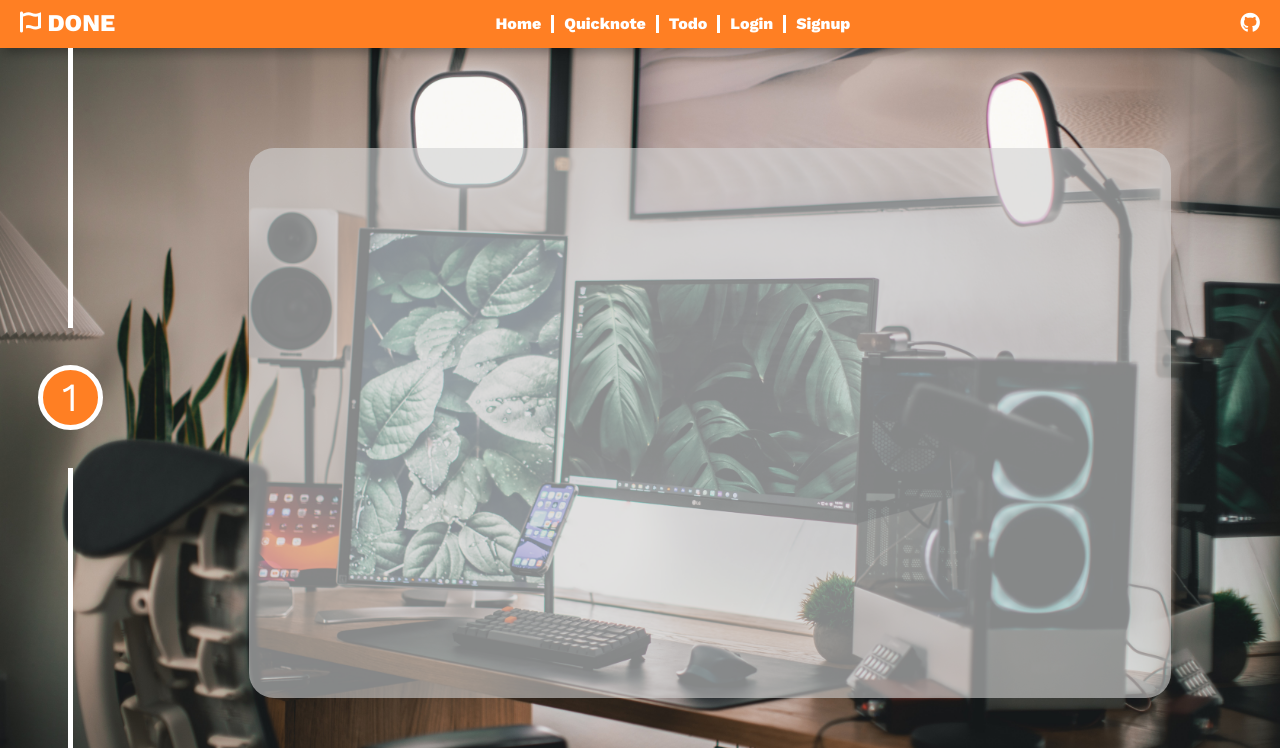
Repository: OmarEssameldinMousa/DONE
Page: quicknote.html
These files come from the project's save history. The page is drawn as it stood at one moment and after the next save; the edit follows.
The browser window is 1280 px wide. The pictures show the whole page.
The pointer rests on the first visible `.ch_`.
Some web fonts or font styles are not loaded; a fallback is used.

Above is the page before, as saved 2023-12-17 23:54:26.

### quicknote.html
<!DOCTYPE html>
<html lang="en">

<head>
    <meta charset="UTF-8">
    <meta http-equiv="X-UA-Compatible" content="IE=edge">
    <meta name="viewport" content="width=device-width, initial-scale=1.0">
    <title>My Challenges</title>
    <!-- Render All Elements Normally -->
    <link rel="stylesheet" href="css/normalize.css">
    <!-- Font Awesome Library -->
    <link rel="stylesheet" href="css/all.min.css">
    <!-- Main Template CSS File -->
    <link rel="stylesheet" href="CSS/styles.css">
    <link rel="stylesheet" href="css/challenges.css">
    <!-- Google Fonts -->
    <link rel="preconnect" href="https://fonts.googleapis.com">
    <link rel="preconnect" href="https://fonts.gstatic.com" crossorigin>
    <link
        href="https://fonts.googleapis.com/css2?family=Kablammo&family=VT323&family=Work+Sans:wght@200;300;400;500;600;800&display=swap"
        rel="stylesheet">
    <link rel="preconnect" href="https://fonts.googleapis.com" />
    <link rel="preconnect" href="https://fonts.gstatic.com" crossorigin />
    <link href="https://fonts.googleapis.com/css2?family=Cairo:wght@300;400;700&display=swap" rel="stylesheet" />
</head>

<body>
    <header>
        <nav>
            <!-- Logo with Font Awesome Icon -->
            <div class="logo">
                <i class="fab fa-font-awesome-flag"></i> DONE
            </div>

            <!-- Left-side Navigation Links -->
            <ul>
                <li><a href="index.html">Home</a></li>
                <li><a href="quicknote.html">Quicknote</a></li>
                <li><a href="mytasks.html">Todo</a></li>
                <li><a href="#">Login</a></li>
                <li><a href="#">Signup</a></li>
            </ul>

            <!-- Right-side GitHub Icon -->
            <div class="github-icon">
                <a rel="" href="https://github.com/yourusername" target="_blank">
                    <i class="fab fa-github" style="color: white;"></i>
                </a>
            </div>
        </nav>
    </header>
    <div class="Challenges-website">

        <div class="bar">
            <div class="repated-line-circle">
                <div class="line-circle">
                    <div class="upper-line">
                    </div>
                    <a href="https://elzero.org/frontend-card-with-transparent-img/" target="_self">
                        <div class="circle">
                            <p>1</p>
                        </div>
                    </a>
                    <div class="lower-line"></div>
                </div>
            </div>
        </div>

        <div class="challenges">
            <div class="ch_">
                <div class="container1">
                </div>
            </div>
        </div>

    </div>
</body>

</html>

### CSS/styles.css
/* Start Variables */
:root{
    --main-color: rgba(235, 235, 235, 0.6);
    --secondery-color: #ff7f23;
    --third-color:#333;
}
/* End Variables */
/* Special Heading */
.special-heading{
    color: #ebeced;
    font-size: 100px;
    text-align: center;
    font-weight: 800;
    letter-spacing: -3px;
    margin: 0;

}
.special-heading + p{
    margin-top: -30px;
    text-align: center;
    font-size: 20px;
    color: #797979;
}
/* End Special Heading */
/* Start Global Rules */
*{
    -webkit-box-sizing: border-box;
    -moz-box-sizing: border-box;
    box-sizing: border-box;
}

body{

    font-family: 'Kablammo', cursive;
    font-family: 'Work Sans', sans-serif;
    background-color: #797979;

}

.container{
    padding-left: 15px;
    padding-right: 15px;
    margin-left: auto;
    margin-right: auto;
    background-color: #fff;
    margin: auto;
    width: 600px;
}

/*very small screens*/
@media (max-width: 767px){
    .container{
        .special-heading{
            font-size: 60px;
        }
        .special-heading + p{
            margin-top: -20px;
        }
        width: 390px;
        .landing{
            flex-direction: column;
            text-align: center;
            nav ul{
                display: none;
            }
        }

    }


}
/*small screens*/
@media (min-width: 768px){
    .container{
        width: 750px;
    }
}
/*Medium screens*/
@media (min-width: 992px){
    .container{
        width: 970px;
    }
}
/*Large screens*/
@media (min-width: 1200px){
    .container{
        width: 1170px;
    }
}
/* End Global Rules */


html{
    scroll-behavior: smooth;
}
/* navigation bar */

nav {
    background-color:  var(--secondery-color);
    color: white;
    display: flex;
    align-items: center;
    justify-content: space-between;
    padding: 10px 20px;
    box-shadow: 5px 5px 10px rgba(0, 0, 0, 0.3);
}
nav ul {
    list-style: none;
    margin: 0;
    padding: 0;
    display: flex;
}
nav ul li {
    margin-right: 10px;
    font-weight: bold;
}
nav ul li:not(:last-child) {
    border-right: solid 3px white;
    padding-right: 10px;
}
nav ul li a {
    text-decoration: none;
    color: white;
}
nav ul li a:hover {
    color: var(--main-color); /* Change color on hover */
}
.logo {
    font-size: 24px;
    font-weight: bold;
}
.github-icon {
    font-size: 20px;
    color: white;
}

.heading{
    display: flex;
    align-items: center;
    justify-content: center;
    margin-top: 50px;
    height: auto;
}

.landing{
    width: 100%;

    background-color: none;
    display: flex;
    flex-direction: row;

}

.landing h1{
    color: var(--secondery-color);
    font-size: 50px;
    font-weight: 900;
    padding: 30px;
}
.landing p{
    font-size: 20px;
}
.landing .logoimage img{
    width: 400px;
    position: relative;
    animation: topdown 2s ease-in-out infinite;
}

.landing .landingtext .buttons{
    margin: 30px;
    top: 150px;
}
@keyframes topdown {
    0%, 100% {
        top: 0; /* Starting and ending position (top) */
    }
    50% {
        top: 5px; /* Middle position (top) */
    }
}


.explore{
    height: auto;
    text-align: center;
    display: block;
    padding: 10px;
    transition: 0.3s;
    width: min-content;
    margin: 30px auto ;
}
.explore a,
.explore h1{
    color: var(--secondery-color);
    font-weight: 900;
    transform: 0.3s;
    text-decoration: none;
}

.landing .logoimage{
    position: relative;
}
.explore a:hover,
.explore:hover{
    background-color:var(--secondery-color);
    border-radius: 20px;
    color: #ebeced;
    cursor: pointer;
}



/* to do demo */
.tododemo{
    height: 100vh;
    background-color: var(--secondery-color);
    box-shadow: rgba(0, 0, 0, 0.3) 0px -4px 20px 9px;

}

### CSS/challenges.css
* {
    -webkit-box-sizing: border-box;
    -moz-box-sizing: border-box;
    box-sizing: border-box;
    padding: 0;
    margin: 0;
}
a {
    text-decoration: none;
    color: black;
}
ul {
    list-style: none;
    margin: 0;
    padding: 0;
}
html {
    scroll-behavior: smooth;
}
body {
    /* background-image: linear-gradient(90deg, #ff7f23  , rgba(235, 235, 235, 0.6)  ); */
    background-image: url(../images/backgroundimage.jpg);
    background-size: cover;
    background-repeat: no-repeat;
}
@media (max-width: 767px){
    body{
        background-image: url(../images/ben-kolde-bs2Ba7t69mM-unsplash.jpg)
    }
    .bar{
        display: none;
    }
    /* .challenges .container1{
        width: 400px;
    }*/
    .ch_:hover .container1{
        width: calc(50%);
        height: 550px;
        background-color: rgba(211, 211, 211, 0.6);
    }

}
/*small screens*/
@media (min-width: 768px){
    /* .container1{
        width: 600px;
    } */
}
/*Medium screens*/
@media (min-width: 992px){
    /* .container1{
        width: 800px;
    } */
}
/*Large screens*/
@media (min-width: 1200px){
    /* .container1{
        width: 1000px;
    } */
}
.Challenges-website{
    display: flex;
}
/*start bar*/
.Challenges-website .bar{
    width: 140px;
    padding: 0 67.5px;
}
.Challenges-website .bar .repated-line-circle{
    width: 5px;
    height: 700px;
}
.Challenges-website .bar .line-circle{
    display: flex;
    flex-direction: column;
    width: 100%;
    height: 100%;
    justify-content: space-between;
    align-items: center;
}
.Challenges-website .bar .line-circle .upper-line{
    width: 100%;
    height: 40%;
    background-color: white;
}
.Challenges-website .bar .line-circle .circle{
    width: 65px;
    height: 65px;
    background-color: #ff7f23;
    border-radius: 50%;
    text-align: center;
    position: relative;
    transition: 0.3s;
    border: 5px solid white;
}
.Challenges-website .bar:hover .circle{
    width: 110px;
    height: 110px;
    border-radius: 40%;

}
.Challenges-website .bar:hover .circle + p{
    font-size: 70px;
    color: white
}
.Challenges-website .bar .line-circle .circle p{
    position: absolute;
    left: 50%;
    top: 50%;
    transform: translate(-50%, -50%);
    font-size: 40px;
    color: white;
}
.line-circle .circle p a{
    text-decoration: none;
}
.Challenges-website .bar .line-circle .lower-line{
    width: 5px;
    height: 40%;
    background-color: white;
}
/*end bar*/
/* start challenges*/
.Challenges-website .challenges{
    display: flex;
    flex: 1;
    justify-content: center;
    background-color: transparent;
    flex-direction: column;
}
.ch_{
    height: 700px;
    padding-top: 50px;
    position: relative;
}

.container1{
    background-color: rgba(235, 235, 235, 0.694);
    width: 80%;
    height: 500px;
    margin: 50px auto;
    border-radius: 25px;
    border-width: 0;
    transition: 0.3s;
    position: relative;
}
.ch_:hover .container1{
    width: calc(80% + 10px);
    height: 550px;
    background-color: rgba(211, 211, 211, 0.6);
}


/* ---------------------------------------------------------------------------------------- */

Loaded but not shown: CSS/normalize.css (library); CSS/all.min.css (library)

After the next save:
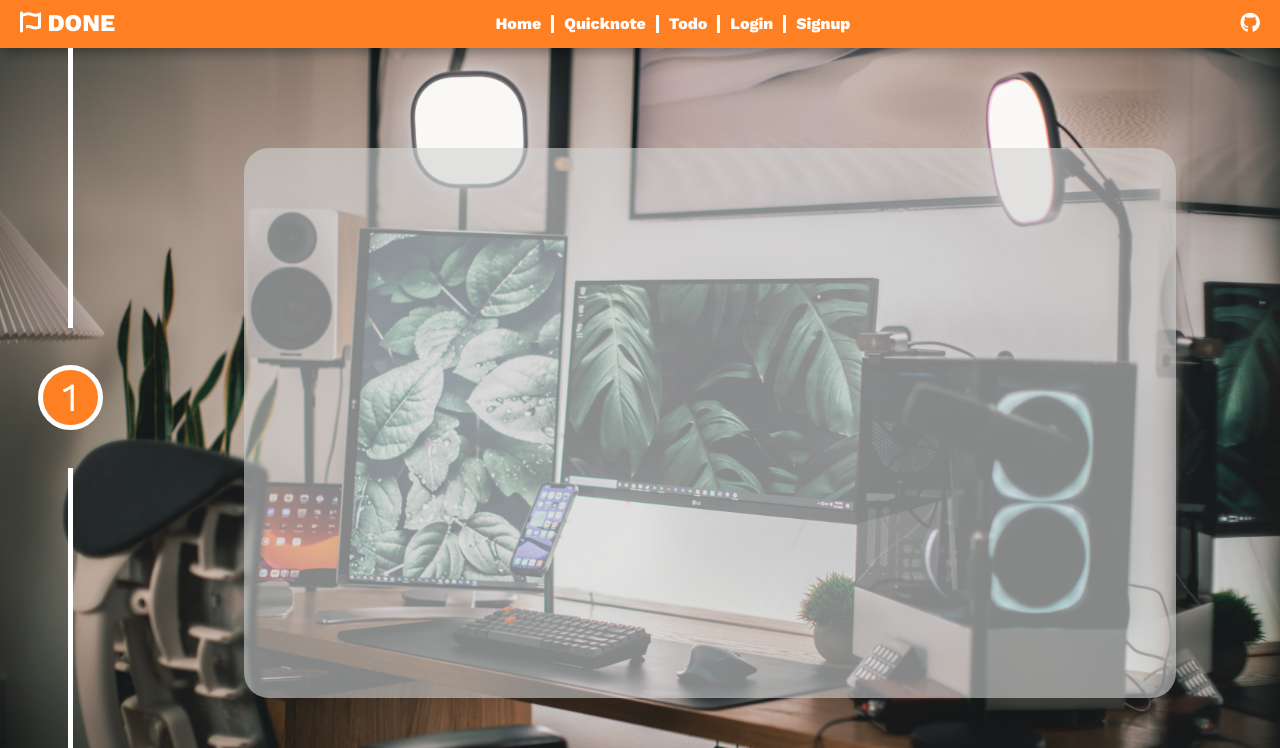
Saved 6 s later.
--- a/CSS/challenges.css
+++ b/CSS/challenges.css
@@ -145,7 +145,7 @@ body {
     position: relative;
 }
 .ch_:hover .container1{
-    width: calc(80% + 10px);
+    width: calc(80% + 20px);
     height: 550px;
     background-color: rgba(211, 211, 211, 0.6);
 }
